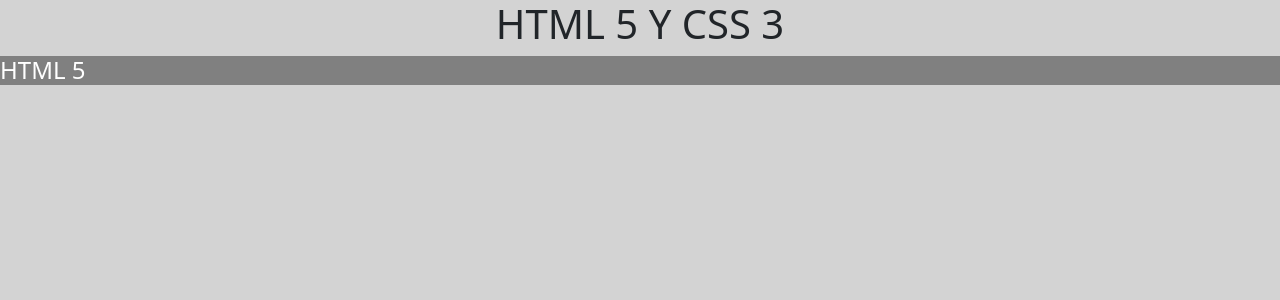
Repository: ScoggoDev/DesarrolloWeb
Page: tarea en equipo 1/ejercicio.html
These files come from the project's save history. The page is drawn as it stood at one moment and after the next save; the edit follows.
The browser window is 1280 px wide. The pictures show the whole page.

Above is the page before, as saved 2021-07-14 19:01:49.

After the next save:
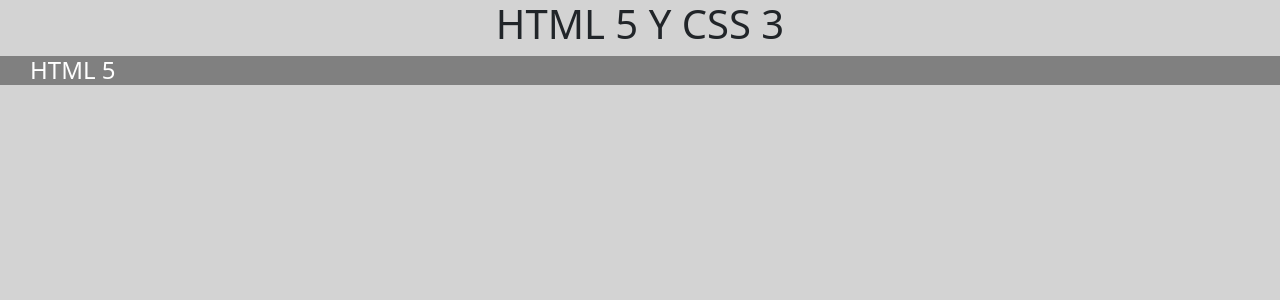
Saved 6 s later.
--- a/tarea en equipo 1/ejercicio.css
+++ b/tarea en equipo 1/ejercicio.css
@@ -5,6 +5,6 @@ body {
 h4 {
     background-color: grey;
     color: white;
-    padding-left: 30;
+    padding-left: 30px;
     margin-right: 30;
 }
